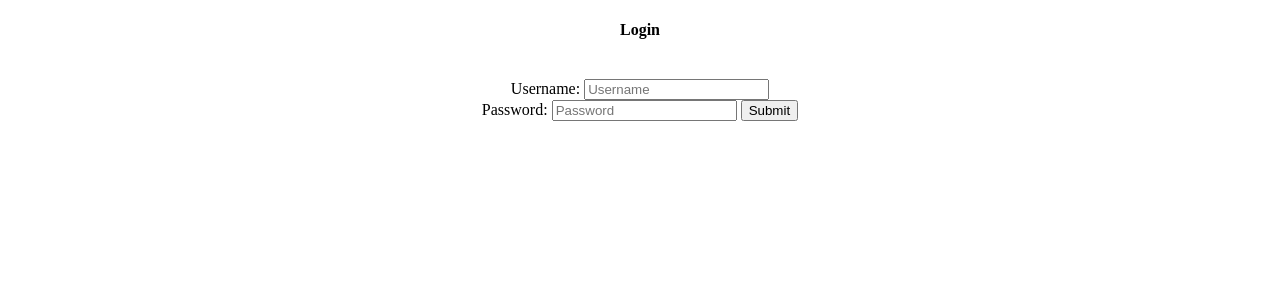
Repository: sowmini-nats/git-spring-project
Page: eclipse-workspace-servlet/MyDemoP/src/main/webapp/LoginPage.html
An editor plug-in stored every save of this project. The page is shown before and after the next save, followed by the edit.
The browser window is 1280 px wide. The pictures show the whole page.

Above is the page before, as saved 2023-10-14 13:20:30.

After the next save:
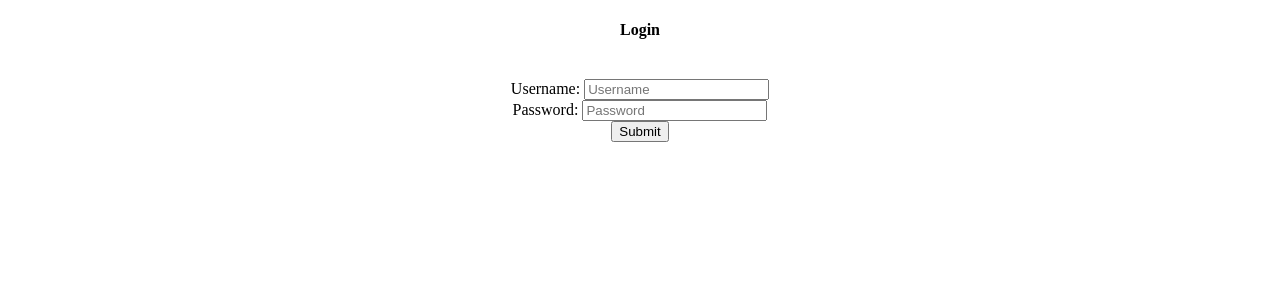
Saved 10 s later.
--- a/eclipse-workspace-servlet/MyDemoP/src/main/webapp/LoginPage.html
+++ b/eclipse-workspace-servlet/MyDemoP/src/main/webapp/LoginPage.html
@@ -9,7 +9,7 @@
 	<br/>
 	<form action="" method="get">
 		Username: <input type="text" placeholder="Username" name="username"/><br/>
-		Password: <input type="password" placeholder="Password" name="password"/>
+		Password: <input type="password" placeholder="Password" name="password"/><br/>
 		<input type="button" value="Submit"/>
 	</form>
 	</center>
